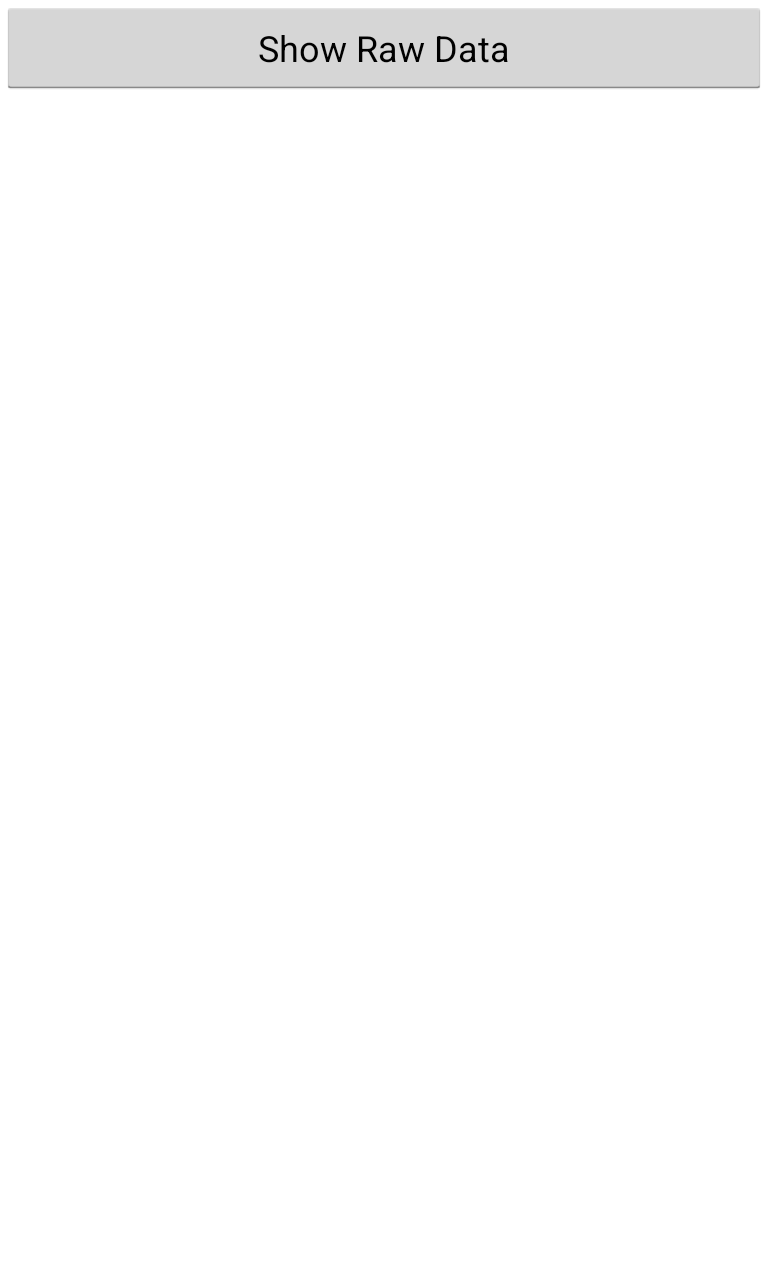
Repository: jemcphe/java1
Layout: teamG.M./TeamGM/res/layout/applayout.xml
The author's editor kept a copy of each file at every save. The layout is drawn from the files as they stood at one save, then again after the next save.
It is drawn on a 768 x 1280 px phone screen (xhdpi) without system bars, with theme AppTheme; the app's code is not run.

Above is the layout before, as saved 2013-05-26 23:59:52.

After the next save:
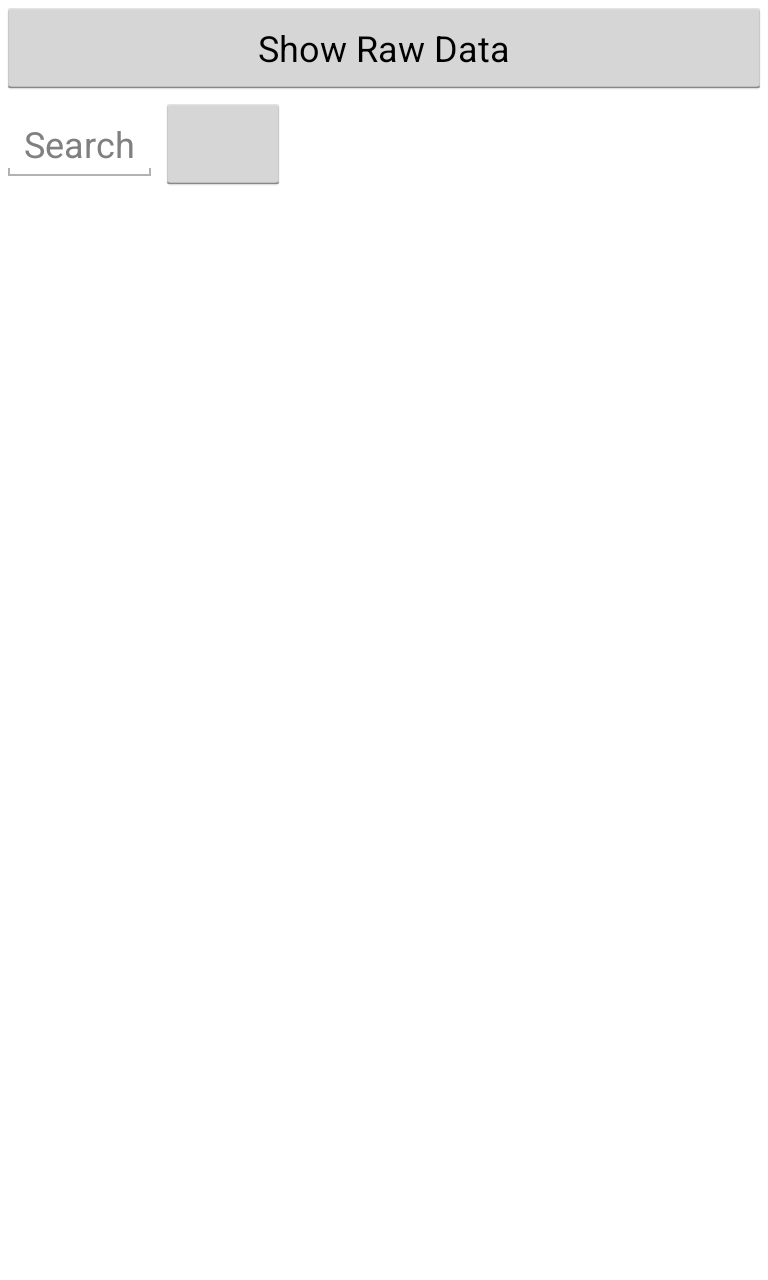
Saved 111 s later.
--- a/teamG.M./TeamGM/res/layout/applayout.xml
+++ b/teamG.M./TeamGM/res/layout/applayout.xml
@@ -9,10 +9,24 @@
         android:layout_width="match_parent"
         android:layout_height="wrap_content"
         android:text="@string/show_raw_data" />
+
     <LinearLayout
         android:id="@+id/searchLayout"
         android:layout_width="fill_parent"
         android:layout_height="wrap_content"
-        android:orientation="horizontal"></LinearLayout>
+        android:orientation="horizontal" >
+
+        <EditText
+            android:id="@+id/searchField"
+            android:layout_width="wrap_content"
+            android:layout_height="wrap_content"
+            android:layout_weight="0"
+            android:hint="Search" />
+
+        <Button
+            android:id="@+id/searchButton"
+            android:layout_width="wrap_content"
+            android:layout_height="wrap_content" />
+    </LinearLayout>
 
 </LinearLayout>
